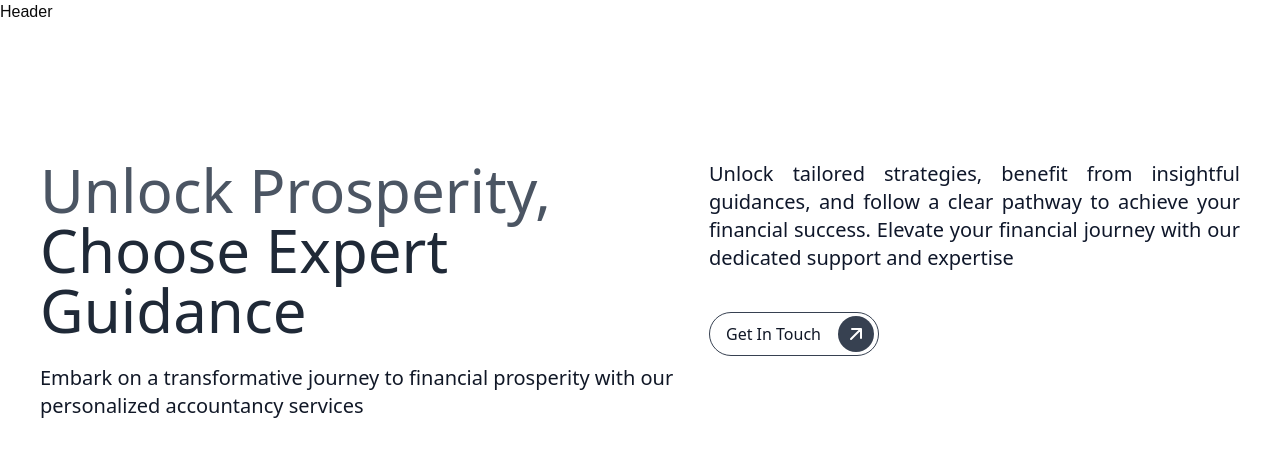
Repository: vespersolutionspk18/integrast-website
Page: /
The author's editor kept a copy of each file at every save. The page is drawn from the files as they stood at one save, then again after the next save.
The browser window is 1280 px wide. The pictures show the whole page.
The project was rebuilt for these pictures with package versions that can differ from the ones it lists, and the page was loaded fresh each time. The framework's server and built-in components were replaced by stand-ins that run in the browser. Also part of the build but not shown: next.config.ts.

Above is the page before, as saved 2024-12-09 14:58:35.

After the next save:
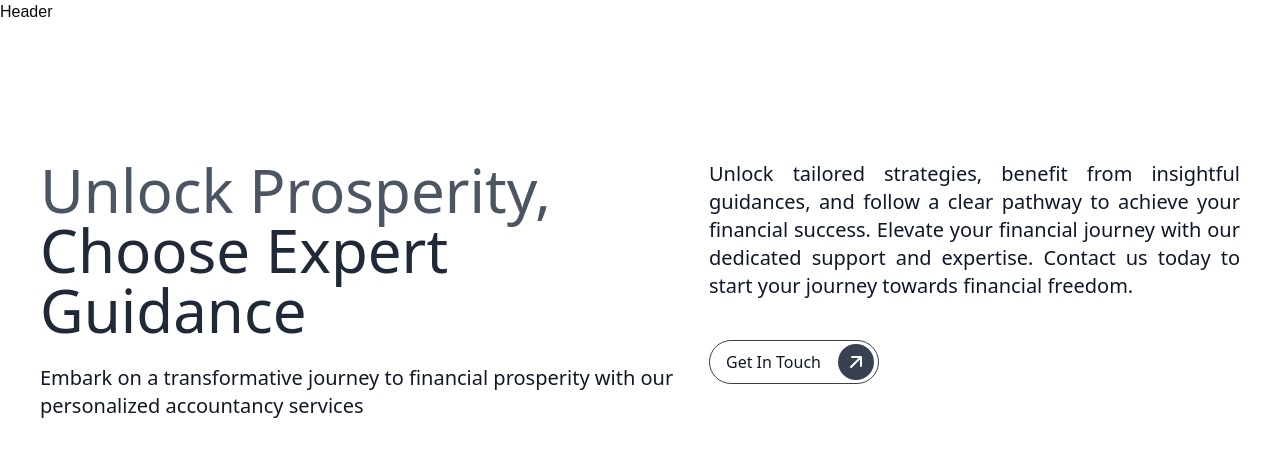
Saved 57 s later.
--- a/app/Hero.tsx
+++ b/app/Hero.tsx
@@ -9,7 +9,7 @@ const Hero = () => {
                 <h4 className="text-xl font-sans text-gray-900 mt-6">Embark on a transformative journey to financial prosperity with our personalized accountancy services</h4>
             </div>
             <div className="w-[45%] flex flex-col justify-between ">
-                <h4 className="text-xl text-justify font-sans text-slate-900">Unlock tailored strategies, benefit from insightful guidances, and follow a clear pathway to achieve your financial success. Elevate your financial journey with our dedicated support and expertise</h4>
+                <h4 className="text-xl text-justify font-sans text-slate-900">Unlock tailored strategies, benefit from insightful guidances, and follow a clear pathway to achieve your financial success. Elevate your financial journey with our dedicated support and expertise. Contact us today to start your journey towards financial freedom.</h4>
                 <div className="flex flex-row gap-5 pt-10">
                 <div>
                 <div id="button"
